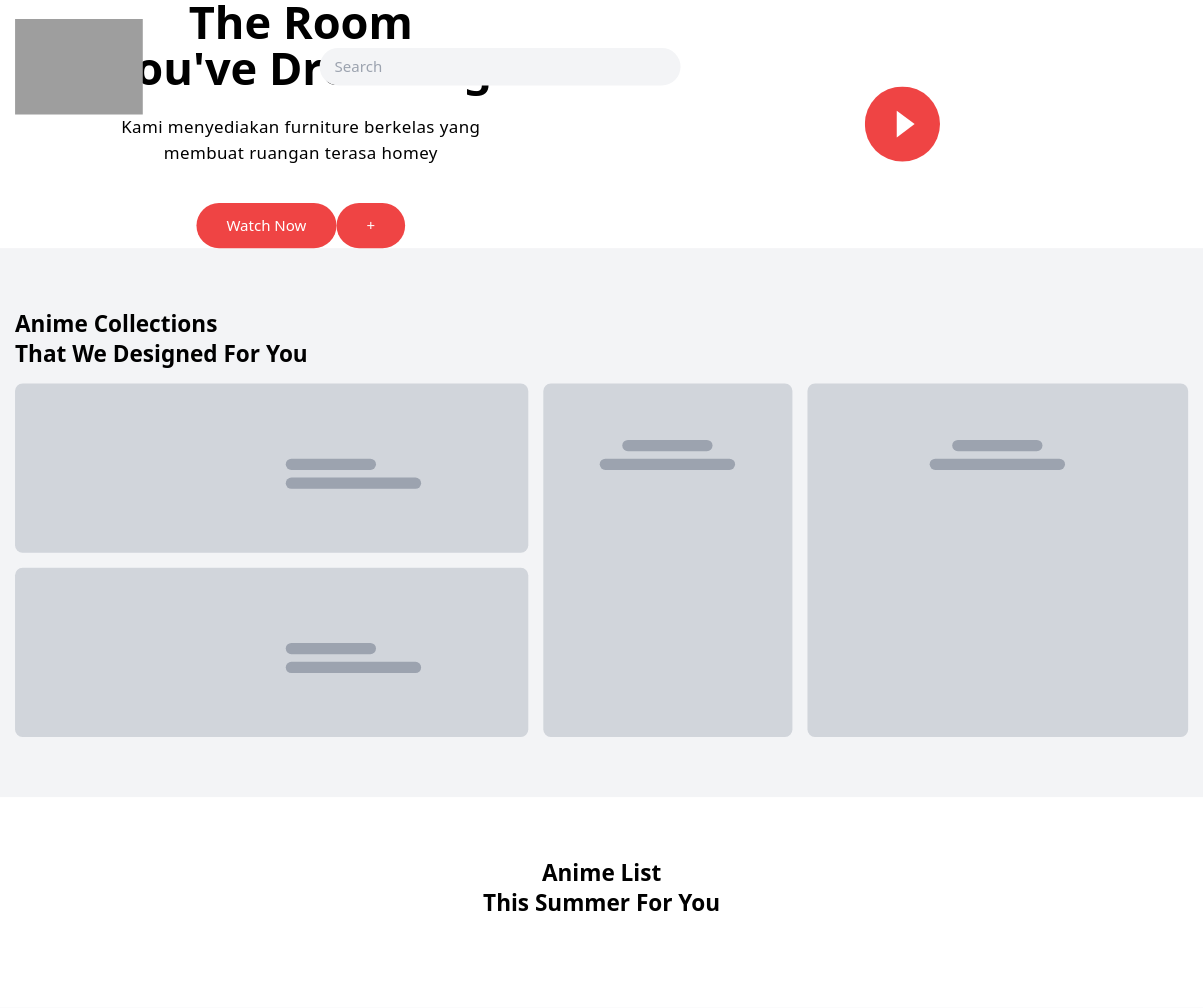
Repository: farrelmuhammad/anime-collections
Page: /
An editor plug-in stored every save of this project. The page is shown before and after the next save, followed by the edit.
The browser window is 1280 px wide. The pictures show the whole page, at 94% of full size.
Pictures or frames that could not be fetched are drawn as grey boxes. The page's requests for data from a server got no answer. The project was rebuilt for these pictures with package versions that can differ from the ones it lists, and the page was loaded fresh each time. No one was signed in, and anything a server would have sent is missing. Also part of the build but not shown: src/App.css.

Above is the page before, as saved 2023-08-04 00:41:47.

### src/index.tsx
import React from 'react';
import ReactDOM from 'react-dom/client';
import "./assets/css/app.css";
import App from './App';
import reportWebVitals from './reportWebVitals';
import { BrowserRouter } from 'react-router-dom';

const root = ReactDOM.createRoot(
  document.getElementById('root') as HTMLElement
);
root.render(
  <React.StrictMode>
    <BrowserRouter>
      <App />
    </BrowserRouter>
  </React.StrictMode>
);

// If you want to start measuring performance in your app, pass a function
// to log results (for example: reportWebVitals(console.log))
// or send to an analytics endpoint. Learn more: https://bit.ly/CRA-vitals
reportWebVitals();

### src/assets/css/app.css
@import url("https://fonts.googleapis.com/css2?family=Open+Sans:wght@300;400;600&display=swap");
@tailwind base;
@tailwind components;
@tailwind utilities;

/* body {
  background-color: #16181f;
} */

/* utils */

.grid {
  grid-auto-flow: row dense;
  grid-auto-rows: minmax(180px, auto);
}

.stretched-link {
  @apply absolute inset-0 z-10;
}

/* card */

.card .card-shadow {
  @apply transition duration-300 shadow-none h-full;
}

.card:hover .card-shadow {
  @apply shadow-lg;
}

/* overlay */

.overlay {
  @apply absolute;
}

.overlay * {
  @apply transition-all duration-200;
}

.overlay.hoverable > * {
  @apply opacity-0;
}

.overlay.hoverable:hover > * {
  @apply opacity-100;
}

.overlay .video {
  @apply absolute transform bg-red-500 bg-no-repeat bg-center w-20 h-20 rounded-full items-center justify-center flex -translate-x-1/2 -translate-y-1/2;
  content: '';
  top: 50%;
  left: 50%;
  transform: translate(-50%, -50%);
  background-image: url("data:[embedded picture, 193 characters]");
}


@media only screen and (max-width: 768px) {
  .hero .hero-image,
  .hero .hero-caption {
    min-height: 90vh;
  }
  .hero .hero-cta {
    @apply w-12 h-12;
    transform: translateX(-75px) translateY(-50%);
    background-size: 37.5%;
  }
}

/* breadcrumb */

ul.breadcrumb {
  @apply flex flex-row items-center text-lg;
}

ul.breadcrumb li:not(:last-child):after {
  content: "/";
  @apply px-4;
}

ul.breadcrumb li:not(:last-child) a {
  @apply font-light;
}

ul.breadcrumb li:last-child a {
  @apply font-semibold;
}

/* slider */

.slider {
  @apply flex my-4 flex-col;
}

.slider .thumbnail {
  @apply w-screen order-last -mx-2 overflow-auto flex pl-4;
}

.slider .thumbnail .item {
  @apply rounded relative rounded-lg mb-4 cursor-pointer;
  width: 106px;
  height: 106px;
}

.slider .thumbnail .item:after {
  content: "";
  @apply transition duration-200 absolute inset-0 bg-black bg-opacity-0 border-2 border-black border-opacity-0 rounded-lg;
}

.slider .thumbnail .item.selected:after {
  content: "";
  @apply bg-opacity-25 border-opacity-100;
}

.slider .preview {
  @apply mb-4 px-4;
  height: 320px;
}

@media only screen and (min-width: 768px) {
  .slider {
    @apply flex-row;
  }
  .slider .thumbnail {
    @apply w-auto order-first block overflow-visible pl-0;
  }
  .slider .preview {
    height: 600px;
    width: 560px;
  }
}

a.cart svg g circle.dot {
  @apply hidden;
}

a.cart.cart-filled svg g circle.dot {
  @apply block;
}

button[disabled] {
  @apply bg-gray-300 hover:bg-gray-300 text-gray-400 hover:text-gray-400 cursor-not-allowed;
}

section:not(.bg-gray-100) + section.sitemap > div {
  @apply border-t;
}

### src/App.tsx
import React from 'react';
import logo from './logo.svg';
import './App.css';
import { Routes, Route } from 'react-router-dom';
import Home from './pages/Home';

function App() {
  return (
    <>
      <Routes>
        <Route path="/" element={<Home />} />
      </Routes>
    </>
  );
}

export default App;

### src/pages/Home.tsx
import React from 'react'
import Header from '../parts/Header'
import Hero from '../parts/Home/Hero'
import Categories from '../parts/Home/Categories'
import AnimeList from '../parts/Home/AnimeList'

const Home = () => {
    return (
        <>
            <Header theme="white" position="absolute" />
            <Hero />
            <Categories />
            <AnimeList />
        </>
    )
}

export default Home

### src/parts/Home/Hero.tsx
import React, { useState, useEffect } from "react";
import axios from "axios";

const Hero: React.FC = () => {
    const [randomImage, setRandomImage] = useState<string | null>(null);

    useEffect(() => {
        fetchRandomAnimeImage();
    }, []);

    const fetchRandomAnimeImage = async () => {
        try {
            const response = await axios.get("https://picsum.photos/800/600");
            console.log(response.request.responseURL);
            setRandomImage(response.request.responseURL);
        } catch (error) {
            console.error("Error fetching random image:", error);
        }
    };

    return (
        <section className="flex items-center hero">
            <div className="w-full absolute z-20 inset-0 md:relative md:w-1/2 text-center flex flex-col justify-center hero-caption">
                <h1 className="text-3xl md:text-5xl leading-tight font-semibold">
                    The Room <br className="" />
                    You've Dreaming
                </h1>
                <h2 className="px-8 text-base md:px-0 md:text-lg my-6 tracking-wide">
                    Kami menyediakan furniture berkelas yang
                    <br className="hidden lg:block" />
                    membuat ruangan terasa homey
                </h2>
                <div>
                    <a
                        href="#browse-the-room"
                        className="bg-red-500 text-white hover:bg-black hover:text-red-400 rounded-full px-8 py-3 mt-4 inline-block flex-none transition duration-200"
                    >
                        Watch Now
                    </a>
                    <a
                        href="#browse-the-room"
                        className="bg-red-500 text-white hover:bg-black hover:text-red-400 rounded-full px-8 py-3 mt-4 inline-block flex-none transition duration-200"
                    >
                        +
                    </a>
                </div>
            </div>
            <div className="w-full inset-0 md:relative md:w-1/2">
                <div className="relative hero-image">
                    <div className="overlay inset-0 bg-black opacity-35 z-10"></div>
                    <div className="overlay right-0 bottom-0 md:inset-0">
                        <button
                            className="video hero-cta focus:outline-none z-30 modal-trigger"
                            data-content='<div class="w-screen pb-56 md:w-88 md:pb-56 relative z-50">
              <div class="absolute w-full h-full">
                <iframe
                  width="100%"
                  height="100%"
                  src="https://www.youtube.com/embed/3h0_v1cdUIA"
                  frameborder="0"
                  allow="accelerometer; autoplay; clipboard-write; encrypted-media; gyroscope; picture-in-picture"
                  allowfullscreen
                ></iframe>
              </div>
            </div>'
                        ></button>
                    </div>
                    {randomImage && ( // Add this condition to render the image only when randomImage is not null
                        <img
                            src={randomImage}
                            alt="hero 1"
                            className="absolute inset-0 md:relative w-full h-full object-cover object-center"
                        />
                    )}
                </div>
            </div>
        </section>
    );
};

export default Hero;

### src/parts/Home/Categories.tsx
import React, { useEffect } from "react";
// import useAsync from "../../helpers/hooks/useAsync";
import fetch from "../../helpers/fetch";

interface Category {
    id: number;
    title: string;
    imageUrl: string;
    products: number;
    ratio: {
        default: string;
        md: string;
    };
}

interface CategoriesProps { }

function Loading({ ratio }: { ratio: any }) {
    const dummy = [
        {
            id: 1,
            ratio: {
                default: "1/9",
                md: "1/4",
            },
        },
        {
            id: 2,
            ratio: {
                default: "1/9",
                md: "2/2",
            },
        },
        {
            id: 3,
            ratio: {
                default: "1/9",
                md: "2/3",
            },
        },
        {
            id: 4,
            ratio: {
                default: "1/9",
                md: "1/4",
            },
        },
    ];

    return (
        <>
            {dummy.map((item, index) => (
                <div
                    key={item.id}
                    className={`relative card ${ratio?.wrapper.default?.[item.ratio.default]
                        } ${ratio?.wrapper.md?.[item.ratio.md]}`}
                    style={{ height: index === 0 ? 180 : "auto" }}
                >
                    <div className="bg-gray-300 rounded-lg w-full h-full">
                        <div className={`overlay  ${ratio?.meta?.[item.ratio.md]}`}>
                            <div className="w-24 h-3 bg-gray-400 mt-3 rounded-full"></div>
                            <div className="w-36 h-3 bg-gray-400 mt-2 rounded-full"></div>
                        </div>
                    </div>
                </div>
            ))}
        </>
    );
}

const Categories: React.FC<CategoriesProps> = () => {
    // const { data, status, error, run, isLoading } = useAsync<{ data: Category[] }>();

    // useEffect(() => {
    //     run(
    //         fetch({
    //             url: "/api/categories/?page=1&limit=4",
    //         })
    //     );
    // }, [run]);

    const ratioClassNames = {
        wrapper: {
            default: {
                "1/9": "col-span-9 row-span-1",
            },
            md: {
                "1/4": "md:col-span-4 md:row-span-1",
                "2/2": "md:col-span-2 md:row-span-2",
                "2/3": "md:col-span-3 md:row-span-2",
            },
        },
        meta: {
            "1/9":
                "left-0 top-0 bottom-0 flex justify-center flex-col pl-48 md:pl-72",
            "1/4":
                "left-0 top-0 bottom-0 flex justify-center flex-col pl-48 md:pl-72",
            "2/2":
                "inset-0 md:bottom-auto flex justify-center md:items-center flex-col pl-48 md:pl-0 pt-0 md:pt-12",
            "2/3":
                "inset-0 md:bottom-auto flex justify-center md:items-center flex-col pl-48 md:pl-0 pt-0 md:pt-12",
        },
    };

    return (
        <section className="flex bg-gray-100 py-16 px-4" id="browse-the-room">
            <div className="container mx-auto">
                <div className="flex flex-start mb-4">
                    <h3 className="text-2xl capitalize font-semibold">
                        Anime Collections <br className="" />
                        that we designed for you
                    </h3>
                </div>
                <div className="grid grid-rows-2 grid-cols-9 gap-4">
                    {/* {isLoading ? (
                    <Loading ratio={ratioClassNames} />
                ) : (
                    data?.data.map((item, index) => {
                        return (
                            <div
                                key={item.id}
                                className={`relative card ${ratioClassNames?.wrapper.default?.[item.ratio.default]
                                    } ${ratioClassNames?.wrapper.md?.[item.ratio.md]}`}
                                style={{ height: index === 0 ? 180 : "auto" }}
                            >
                                <div className="card-shadow rounded-xl">
                                    <img
                                        src={`../../assets/images/content/${item.imageUrl}`}
                                        alt={item.title}
                                        className="w-full h-full object-cover object-center overlay overflow-hidden rounded-xl"
                                    />
                                </div>
                                <div
                                    className={`overlay  ${ratioClassNames?.meta?.[item.ratio.md]
                                        }`}
                                >
                                    <h5 className="text-lg font-semibold">{item.title}</h5>
                                    <span className="">
                                        {item.products} item{item.products > 1 ? "s" : ""}
                                    </span>
                                </div>
                            </div>
                        );
                    })
                )} */}
                    <Loading ratio={ratioClassNames} />
                </div>
            </div>
        </section>
    );
};

export default Categories;

### src/parts/Home/AnimeList.tsx
import React, { useEffect, useRef } from "react";
// import useAsync from "../../helpers/hooks/useAsync";
import fetch from "../../helpers/fetch";
import { Link } from "react-router-dom";
// import Carousel from "../../components/Carousel";

interface Product {
    id: number;
    title: string;
    imageUrl: string;
    price: number;
    idc: number;
}

function Loading() {
    return (
        <>
            {Array(8)
                .fill(null)
                .map((_, index) => {
                    return (
                        <div className="px-4 relative card group" key={index}>
                            <div
                                className="rounded-xl bg-gray-300 overflow-hidden card-shadow relative"
                                style={{ width: "180px", height: "240px" }}
                            ></div>
                            <div className="w-24 h-3 bg-gray-300 mt-3 rounded-full"></div>
                            <div className="w-36 h-3 bg-gray-300 mt-2 rounded-full"></div>
                        </div>
                    );
                })}
        </>
    );
}

const AnimeList: React.FC = () => {
    // const { data, error, run, isLoading } = useAsync<{ data: Product[] }>();

    const refContainer = useRef<HTMLDivElement>(null);

    // useEffect(() => {
    //     run(
    //         fetch({
    //             url: "/api/products/?page=1&limit=10",
    //         })
    //     );
    // }, [run]);

    return (
        <section className="flex flex-col py-16">
            <div className="container mx-auto mb-4">
                <div className="flex justify-center text-center mb-4">
                    <h3 className="text-2xl capitalize font-semibold">
                        Anime List <br className="" />
                        this summer for you
                    </h3>
                </div>
            </div>
            <div className="overflow-x-hidden px-4" id="carousel">
                <div
                    className="overflow-x-hidden px-4"
                    id="carousel"
                    ref={refContainer}
                ></div>
                {refContainer.current && (
                    <div
                        className="flex -mx-4 flex-row relative"
                        style={{
                            paddingLeft:
                                refContainer.current.getBoundingClientRect().left - 16 || 0,
                        }}
                    >
                        <Loading />
                    </div>
                )}
                {/* {isLoading ? (
                    <div
                        className="flex -mx-4 flex-row relative"
                        style={{
                            paddingLeft:
                                refContainer.current?.getBoundingClientRect()?.left - 16 || 0,
                        }}
                    >
                        <Loading />
                    </div>
                ) : error ? (
                    JSON.stringify(error)
                ) : data.data.length === 0 ? (
                    "No Product Found"
                ) : (
                    <Carousel refContainer={refContainer}>
                        {data.data.map((item) => {
                            return (
                                <div className="px-4 relative card group" key={item.id}>
                                    <div
                                        className="rounded-xl overflow-hidden card-shadow relative"
                                        style={{ width: "287px", height: "386px" }}
                                    >
                                        <div className="absolute opacity-0 group-hover:opacity-100 transition duration-200 flex items-center justify-center w-full h-full bg-black bg-opacity-35">
                                            <div className="bg-white text-black rounded-full w-16 h-16 flex items-center justify-center">
                                                <svg
                                                    className="fill-current"
                                                    width="43"
                                                    height="24"
                                                    viewBox="0 0 43 24"
                                                    fill="none"
                                                    xmlns="http://www.w3.org/2000/svg"
                                                >
                                                    <path d="M41.6557 10.0065C39.2794 6.95958 36.2012 4.43931 32.7542 2.71834C29.2355 0.961548 25.4501 0.0500333 21.4985 0.00223289C21.3896 -0.000744296 20.9526 -0.000744296 20.8438 0.00223289C16.8923 0.050116 13.1068 0.961548 9.58807 2.71834C6.14106 4.43931 3.06307 6.9595 0.686613 10.0065C-0.228871 11.1802 -0.228871 12.8198 0.686613 13.9935C3.06299 17.0404 6.14106 19.5607 9.58807 21.2817C13.1068 23.0385 16.8922 23.95 20.8438 23.9978C20.9526 24.0007 21.3896 24.0007 21.4985 23.9978C25.45 23.9499 29.2355 23.0385 32.7542 21.2817C36.2012 19.5607 39.2793 17.0405 41.6557 13.9935C42.5712 12.8196 42.5712 11.1802 41.6557 10.0065ZM10.3576 19.7406C7.13892 18.1335 4.26445 15.7799 2.04487 12.9341C1.61591 12.3841 1.61591 11.6159 2.04487 11.0659C4.26436 8.22009 7.13883 5.86646 10.3576 4.25944C11.2717 3.80311 12.2053 3.40846 13.1561 3.07436C10.71 5.27317 9.16886 8.45975 9.16886 12C9.16886 15.5403 10.7101 18.7272 13.1564 20.9259C12.2056 20.5918 11.2718 20.197 10.3576 19.7406ZM21.1712 22.2798C15.5028 22.2798 10.8913 17.6683 10.8913 11.9999C10.8913 6.33148 15.5028 1.72007 21.1712 1.72007C26.8396 1.72007 31.4511 6.33156 31.4511 12C31.4511 17.6684 26.8396 22.2798 21.1712 22.2798ZM40.2976 12.9341C38.0781 15.7798 35.2036 18.1335 31.9849 19.7405C31.0718 20.1963 30.1388 20.5892 29.1892 20.923C31.6336 18.7243 33.1736 15.5387 33.1736 11.9999C33.1736 8.45918 31.6321 5.27218 29.1856 3.07336C30.1366 3.40755 31.0705 3.80269 31.9849 4.25928C35.2036 5.86629 38.0781 8.21993 40.2976 11.0657C40.7265 11.6158 40.7265 12.384 40.2976 12.9341Z" />
                                                    <path d="M21.1712 7.60071C18.7454 7.60071 16.772 9.57417 16.772 11.9999C16.772 14.4257 18.7454 16.3991 21.1712 16.3991C23.5969 16.3991 25.5704 14.4257 25.5704 11.9999C25.5705 9.57417 23.597 7.60071 21.1712 7.60071ZM21.1712 14.6767C19.6952 14.6767 18.4944 13.476 18.4944 11.9999C18.4944 10.5239 19.6951 9.32318 21.1712 9.32318C22.6471 9.32318 23.8479 10.5239 23.8479 11.9999C23.848 13.476 22.6471 14.6767 21.1712 14.6767Z" />
                                                </svg>
                                            </div>
                                        </div>
                                        <img
                                            src={item.imageUrl}
                                            alt=""
                                            className="w-full h-full object-cover object-center"
                                        />
                                    </div>
                                    <h5 className="text-lg font-semibold mt-4">{item.title}</h5>
                                    <span className="">IDR {item.price}</span>
                                    <Link
                                        to={`/categories/${item.idc}/products/${item.id}`}
                                        className="stretched-link"
                                    ></Link>
                                </div>
                            );
                        })}
                    </Carousel>
                )} */}
            </div>
        </section>
    );
};

export default AnimeList;

Loaded but not shown: public/index.html (common file); src/reportWebVitals.ts (common file); tailwind.config.js (common file); src/parts/Header.tsx (132 lines, source omitted)

After the next save:
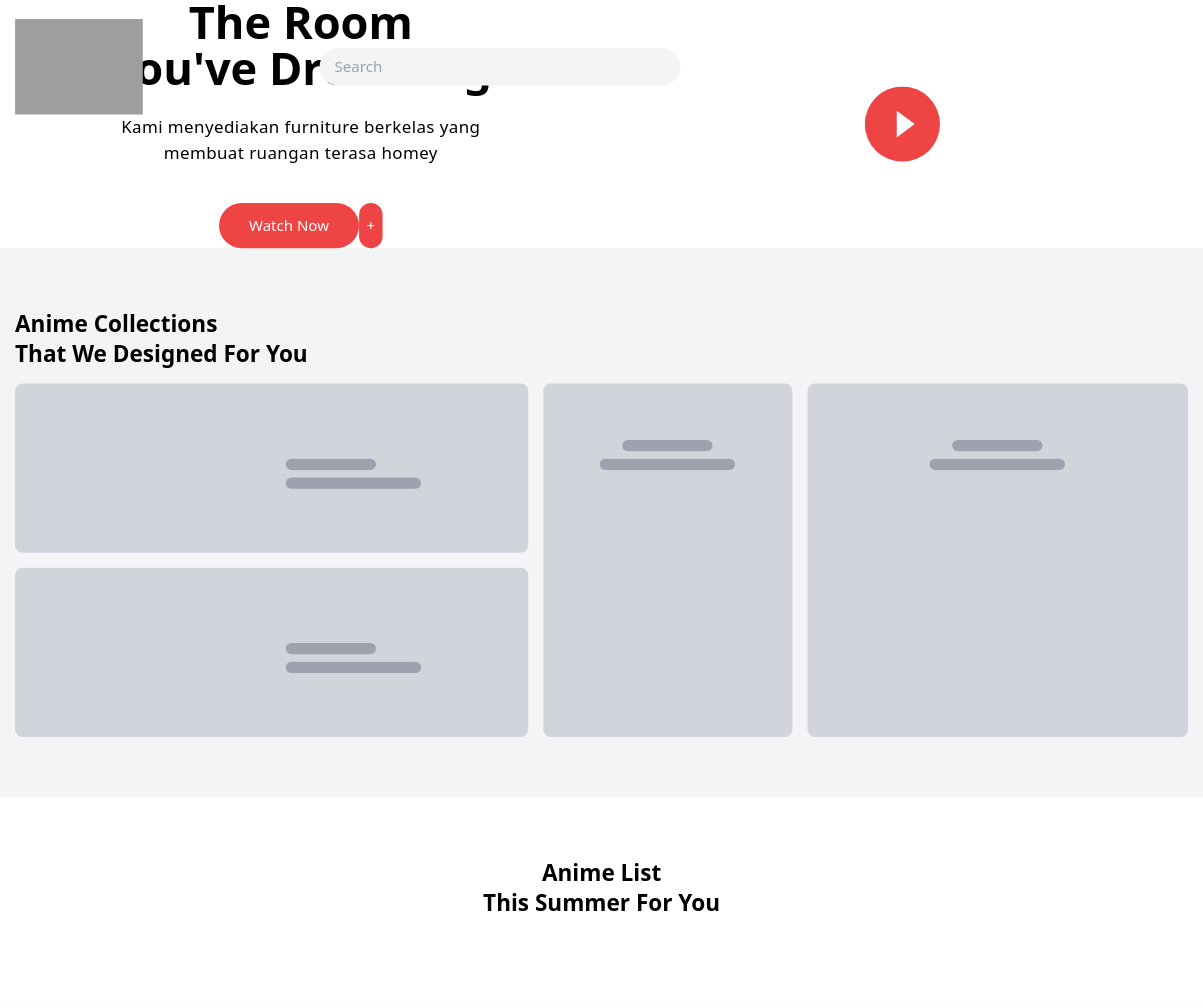
Saved 6 s later.
--- a/src/parts/Home/Hero.tsx
+++ b/src/parts/Home/Hero.tsx
@@ -39,7 +39,7 @@
                     </a>
                     <a
                         href="#browse-the-room"
-                        className="bg-red-500 text-white hover:bg-black hover:text-red-400 rounded-full px-8 py-3 mt-4 inline-block flex-none transition duration-200"
+                        className="bg-red-500 text-white hover:bg-black hover:text-red-400 rounded-full px-2 py-3 mt-4 inline-block flex-none transition duration-200"
                     >
                         +
                     </a>
